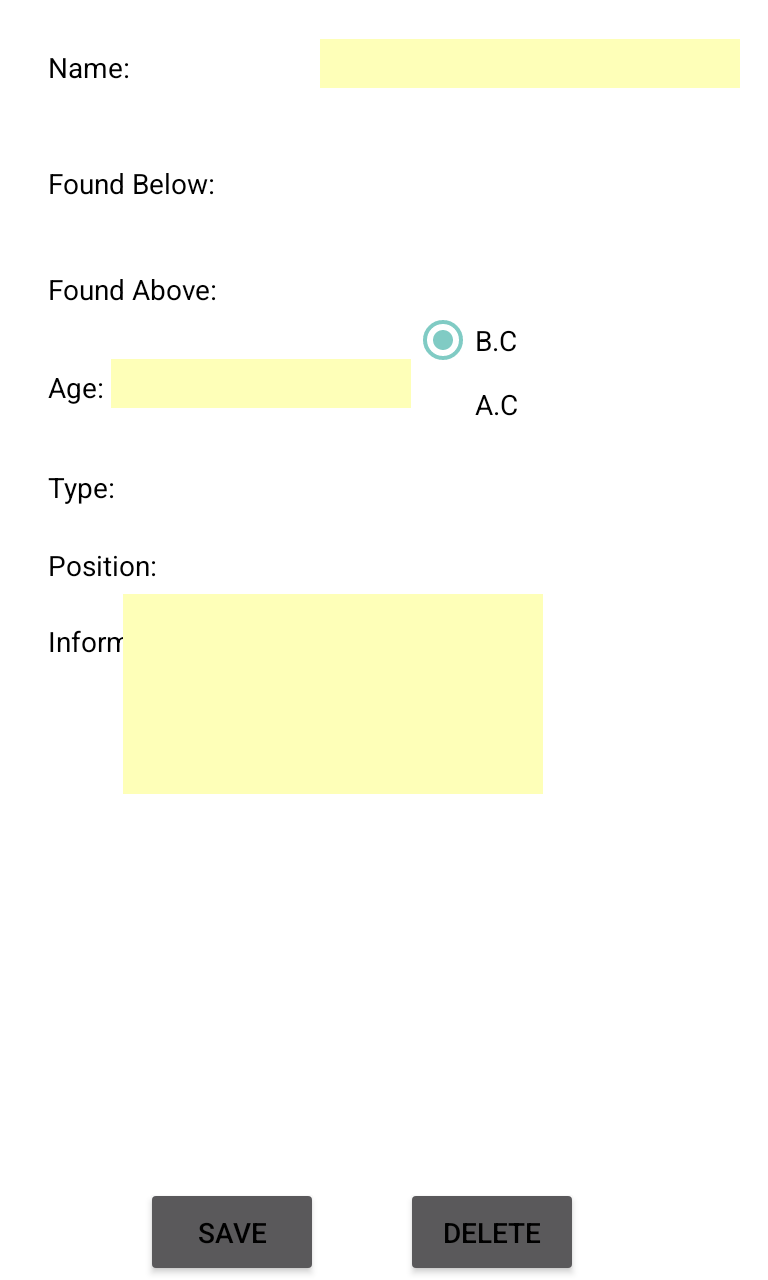
Repository: qfornaguera/AppQuelogy
Layout: AppQueology/res/layout/activity_artifact.xml
The author's editor kept a copy of each file at every save. The layout is drawn from the files as they stood at one save, then again after the next save.
It is drawn on a 768 x 1280 px phone screen (xhdpi) without system bars, with theme Theme.AppCompat; the app's code is not run.

Above is the layout before, as saved 2014-05-26 21:14:45.

### AppQueology/res/layout/activity_artifact.xml
<RelativeLayout xmlns:tools="http://schemas.android.com/tools"
    xmlns:android="http://schemas.android.com/apk/res/android"
    android:layout_width="wrap_content"
    android:layout_height="wrap_content"
    android:background="#ffffff"
    tools:context="com.example.appqueology.ArtifactActivity" >

	<ScrollView
	    android:layout_width="wrap_content"
	    android:layout_height="wrap_content" >

		<RelativeLayout
		    android:id="@+id/container"
		    android:layout_width="wrap_content"
		    android:layout_height="594dp"
		    android:background="#ffffff"
		    tools:ignore="MergeRootFrame" >

		    <EditText
		        android:id="@+id/editText1"
		        android:layout_width="wrap_content"
		        android:layout_height="wrap_content"
		        android:layout_alignBaseline="@+id/textView1"
		        android:layout_alignBottom="@+id/textView1"
		        android:layout_alignParentRight="true"
		        android:layout_marginRight="14dp"
		        android:background="#FEFFB8"
		        android:ems="10"
		        android:maxLength="25"
		        android:paddingLeft="10dp"
		        android:textColor="#000000" >

		    </EditText>

		    <TextView
		        android:id="@+id/textView1"
		        android:layout_width="wrap_content"
		        android:layout_height="wrap_content"
		        android:layout_alignParentLeft="true"
		        android:layout_alignParentTop="true"
		        android:layout_marginLeft="24dp"
		        android:layout_marginTop="24dp"
		        android:text="Name: "
		        android:textColor="#000000" />



		    <TextView
		        android:id="@+id/textView2"
		        android:layout_width="wrap_content"
		        android:layout_height="wrap_content"
		        android:layout_alignLeft="@+id/textView1"
		        android:layout_below="@+id/editText1"
		        android:layout_marginTop="38dp"
		        android:text="Found Below: "
		        android:textAppearance="?android:attr/textAppearanceSmall"
		        android:textColor="#000000" />

		    <TextView
		        android:id="@+id/textView3"
		        android:layout_width="wrap_content"
		        android:layout_height="wrap_content"
		        android:layout_alignBaseline="@+id/textView2"
		        android:layout_alignBottom="@+id/textView2"
		        android:layout_alignRight="@+id/editText1"
		        android:layout_toRightOf="@+id/textView2"
		        android:ems="10"
		        android:textColor="#000000" />

		    <TextView
		        android:id="@+id/textView4"
		        android:layout_width="wrap_content"
		        android:layout_height="wrap_content"
		        android:layout_alignLeft="@+id/textView2"
		        android:layout_below="@+id/textView2"
		        android:layout_marginTop="34dp"
		        android:text="Found Above: "
		        android:textAppearance="?android:attr/textAppearanceSmall"
		        android:textColor="#000000" />

		    <TextView
		        android:id="@+id/textView5"
		        android:layout_width="wrap_content"
		        android:layout_height="wrap_content"
		        android:layout_alignBaseline="@+id/textView4"
		        android:layout_alignBottom="@+id/textView4"
		        android:layout_alignParentRight="true"
		        android:layout_toRightOf="@+id/textView4"
		        android:textColor="#000000" />

		    <TextView
		        android:id="@+id/textView6"
		        android:layout_width="wrap_content"
		        android:layout_height="wrap_content"
		        android:layout_alignLeft="@+id/textView4"
		        android:layout_below="@+id/textView4"
		        android:layout_marginTop="30dp"
		        android:text="Age: "
		        android:textColor="#000000" />

		    <EditText
		        android:id="@+id/editText2"
		        android:layout_width="wrap_content"
		        android:layout_height="wrap_content"
		        android:layout_alignBaseline="@+id/textView6"
		        android:layout_alignBottom="@+id/textView6"
		        android:layout_toRightOf="@+id/textView6"
		        android:background="#FEFFB8"
		        android:ems="10"
		        android:inputType="numberSigned"
		        android:paddingLeft="10dp"
		        android:textColor="#000000"
		        android:width="150dp" />

		    <TextView
		        android:id="@+id/textView7"
		        android:layout_width="wrap_content"
		        android:layout_height="wrap_content"
		        android:layout_alignLeft="@+id/textView6"
		        android:layout_below="@+id/radioGroup1"
		        android:layout_marginTop="16dp"
		        android:text="Type: "
		        android:textColor="#000000" />

		    <RadioGroup
		        android:id="@+id/radioGroup1"
		        android:layout_width="wrap_content"
		        android:layout_height="wrap_content"
		        android:layout_below="@+id/textView5"
		        android:layout_toRightOf="@+id/editText2"
		        android:width="50dp" >

		        <RadioButton
		            android:id="@+id/radio0"
		            android:layout_width="wrap_content"
		            android:layout_height="wrap_content"
		            android:checked="true"
		            android:text="B.C"
		            android:textColor="#000000" />

		        <RadioButton
		            android:id="@+id/radio1"
		            android:layout_width="wrap_content"
		            android:layout_height="wrap_content"
		            android:text="A.C"
		            android:textColor="#000000" />
		    </RadioGroup>

		    <TextView
		        android:id="@+id/textView8"
		        android:layout_width="wrap_content"
		        android:layout_height="wrap_content"
		        android:layout_alignBottom="@+id/textView7"
		        android:layout_alignRight="@+id/textView3"
		        android:layout_toRightOf="@+id/textView1"
		        android:textColor="#000000" />

		    <TextView
		        android:id="@+id/textView9"
		        android:layout_width="wrap_content"
		        android:layout_height="wrap_content"
		        android:layout_alignLeft="@+id/textView7"
		        android:layout_below="@+id/textView7"
		        android:layout_marginTop="58dp"
		        android:text="Information: "
		        android:textColor="#000000" />

		    <TextView
		        android:id="@+id/textView10"
		        android:layout_width="wrap_content"
		        android:layout_height="wrap_content"
		        android:layout_alignLeft="@+id/textView7"
		        android:layout_below="@+id/textView7"
		        android:layout_marginTop="20dp"
		        android:text="Position:"
		        android:textColor="#000000" />

		    <Spinner
		        android:id="@+id/spinner1"
		        android:layout_width="wrap_content"
		        android:layout_height="wrap_content"
		        android:layout_alignLeft="@+id/editText1"
		        android:layout_alignTop="@+id/textView10" />

		    <EditText
		        android:id="@+id/editText3"
		        android:layout_width="wrap_content"
		        android:layout_height="100dp"
		        android:layout_below="@+id/spinner1"
		        android:layout_toRightOf="@+id/textView7"
		        android:background="#FEFFB8"
		        android:ems="10"
		        android:inputType="textMultiLine"
		        android:paddingLeft="10dp"
		        android:textColor="#000000" >

		    </EditText>

		</RelativeLayout>
	</ScrollView>

    <Button
        android:id="@+id/delete"
        android:layout_width="wrap_content"
        android:layout_height="wrap_content"
        android:layout_alignParentBottom="true"
        android:layout_marginLeft="42dp"
        android:layout_toRightOf="@+id/save"
        android:text="Delete"
        android:textColor="#000000" />

    <Button
        android:id="@+id/save"
        android:layout_width="wrap_content"
        android:layout_height="wrap_content"
        android:layout_alignParentBottom="true"
        android:layout_alignParentLeft="true"
        android:layout_marginLeft="72dp"
        android:text="Save"
        android:textColor="#000000" />

</RelativeLayout>

After the next save:
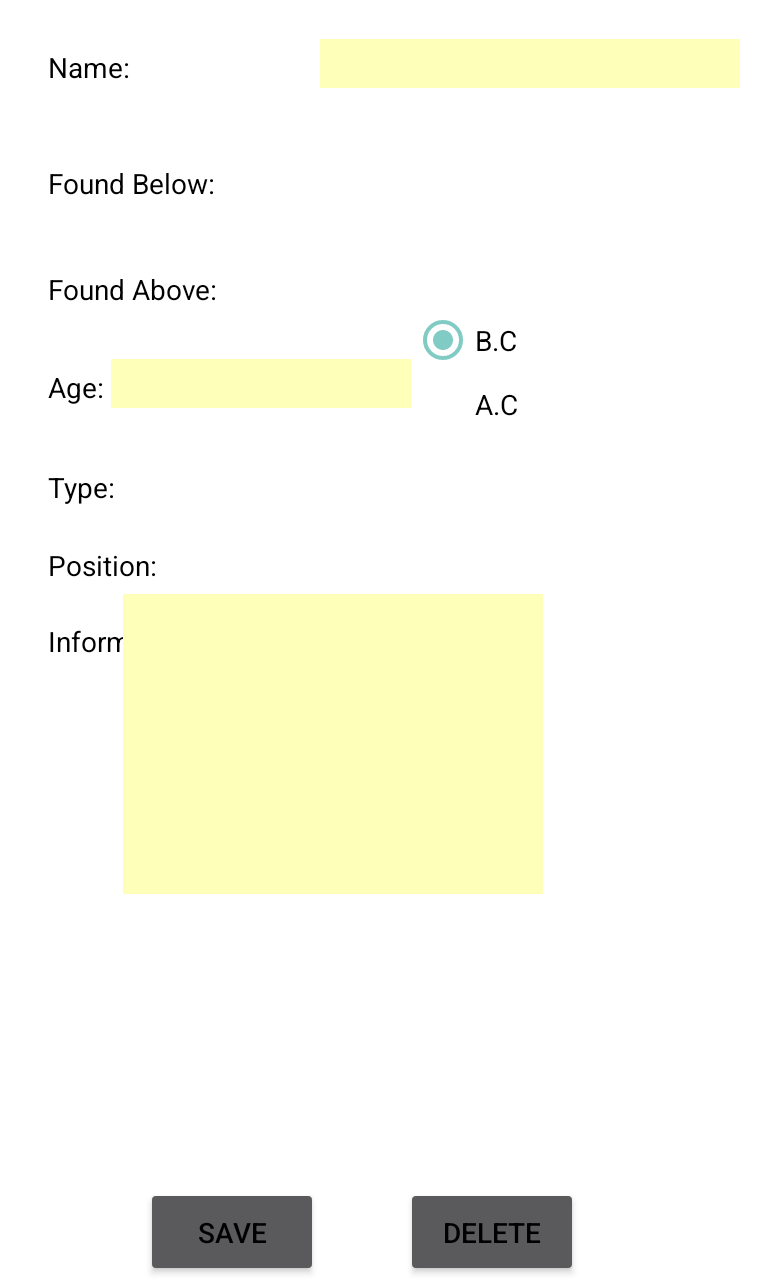
Saved 10 s later.
--- a/AppQueology/res/layout/activity_artifact.xml
+++ b/AppQueology/res/layout/activity_artifact.xml
@@ -185,7 +185,7 @@
 		    <EditText
 		        android:id="@+id/editText3"
 		        android:layout_width="wrap_content"
-		        android:layout_height="100dp"
+		        android:layout_height="150dp"
 		        android:layout_below="@+id/spinner1"
 		        android:layout_toRightOf="@+id/textView7"
 		        android:background="#FEFFB8"
